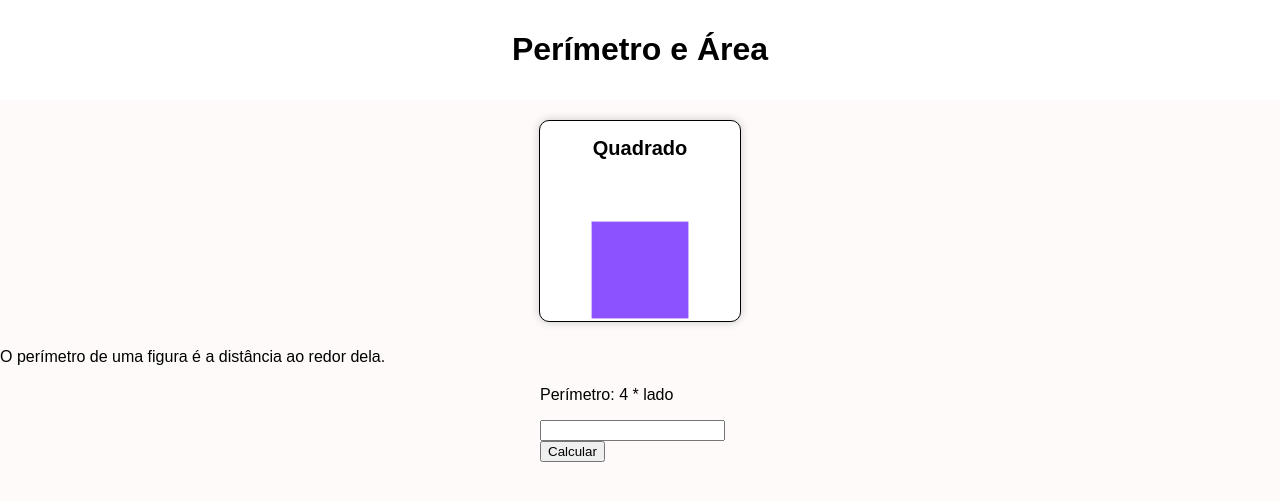
Repository: Matheus904-12/JAVASCRIPT
Page: index.html
These files come from the project's save history. The page is drawn as it stood at one moment and after the next save; the edit follows.
The browser window is 1280 px wide. The pictures show the whole page.

Above is the page before, as saved 2023-09-10 22:08:10.

### index.html
<!DOCTYPE html>
<html>
<head>
  <title>Perímetro e Área</title>
  <meta charset="utf-8">
  <meta name="viewport" content="width=device-width, initial-scale=1">
  <link rel="stylesheet" href="style.css">
</head>
<body>
  <header>
    <center><h1>Perímetro e Área</h1></center>
  </header>
  <main>
    <div class="catalog">
      <div class="box">
        <h2 class="title">Quadrado</h2>
        <img class="image" src="Quadrado-removebg-preview.png" alt="Imagem 3">
        <p>Perímetro: 4 * lado</p>
        <input type="text" id="squareSideLength">
        <input type="button" value="Calcular" onclick="calcQuad()">
        <p id="valorQuad"></p>
      </div>
      <!-- Outras formas geométricas aqui -->
    </div>
  </main>
  <footer>
    <p>O perímetro de uma figura é a distância ao redor dela.</p>
  </footer>
  <script>
    function calcQuad() {
      var a = Number(document.getElementById("squareSideLength").value);
      var result = "A área do quadrado é " + a * a + " m²";
      document.getElementById("valorQuad").innerHTML = result;
    }

    // Outras funções de cálculo aqui

    var boxes = document.querySelectorAll(".box");

    for (var i = 0; i < boxes.length; i++) {
      boxes[i].addEventListener("click", function () {
        var box = document.createElement("div");
        box.className = "question-box";

        var question1 = document.createElement("input");
        question1.type = "text";
        question1.placeholder = "Pergunta 1";

        var question2 = document.createElement("input");
        question2.type = "text";
        question2.placeholder = "Pergunta 2";

        box.appendChild(question1);
        box.appendChild(question2);

        document.body.appendChild(box);
      });
    }
  </script>
</body>
</html>

### style.css
body {
  font-family: sans-serif;
  margin: 0;
  padding: 0;
  background-color: snow;
}

header {
  background-color: #fff;
  padding: 10px;
}

main {
  width: 1000px;
  margin: 0 auto;
}

.catalog {
  display: flex;
  flex-wrap: wrap;
  margin: 10px;
  justify-content: space-around;
}

.box {
  width: 200px;
  height: 200px;
  border: 1.5px solid black;
  margin: 10px;
  background-color: #fff;
  border-radius: 10px;
  transition: all 0.5s ease-in-out;
  box-shadow: 0 0 10px 0 rgba(0, 0, 0, 0.2);
}

.box:hover {
  transform: scale(1.1);
  box-shadow: 0 0 20px 0 rgba(0, 0, 0, 0.4);
}

.title {
  font-size: 20px;
  text-align: center;
  margin-bottom: 10px;
}

.image {
  display: block;
  margin: 5px auto;
  max-width: 100%;
  max-height: 100%;
  height: 100%;
}

@media (max-width: 768px) {
  .catalog {
    flex-direction: column;
  }

  .box {
    width: 100%;
    height: 100%;
  }

  .title {
    font-size: 16px;
  }

  .image {
    margin: 0 auto;
  }
}

@keyframes title-animation {
  0% {
    opacity: 1;
  }
  50% {
    opacity: 0.5;
  }
  100% {
    opacity: 1;
  }
}

@keyframes image-animation {
  0% {
    transform: scale(1);
  }
  50% {
    transform: scale(0.9);
  }
  100% {
    transform: scale(1);
  }
}

After the next save:
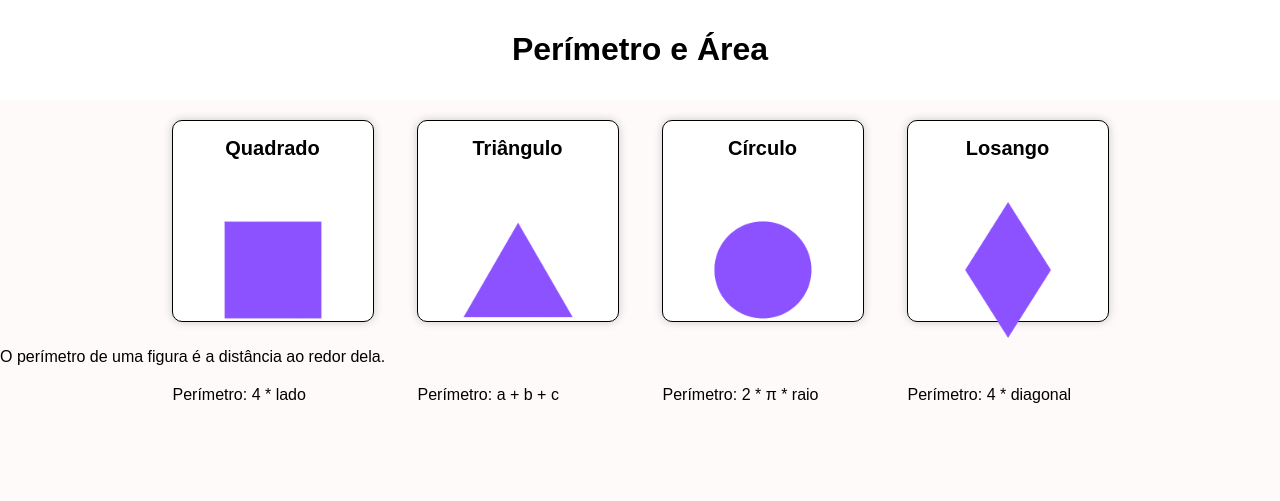
Saved 4 min 42 s later.
--- a/index.html
+++ b/index.html
@@ -12,49 +12,75 @@
   </header>
   <main>
     <div class="catalog">
-      <div class="box">
+      <div class="box" onclick="showQuestions('quadrado')">
         <h2 class="title">Quadrado</h2>
         <img class="image" src="Quadrado-removebg-preview.png" alt="Imagem 3">
         <p>Perímetro: 4 * lado</p>
-        <input type="text" id="squareSideLength">
-        <input type="button" value="Calcular" onclick="calcQuad()">
-        <p id="valorQuad"></p>
       </div>
-      <!-- Outras formas geométricas aqui -->
+      <div class="box" onclick="showQuestions('triangulo')">
+        <h2 class="title">Triângulo</h2>
+        <img class="image" src="Triângulo-removebg-preview.png" alt="Imagem 3">
+        <p>Perímetro: a + b + c</p>
+      </div>
+      <div class="box" onclick="showQuestions('circulo')">
+        <h2 class="title">Círculo</h2>
+        <img class="image" src="Círculo-removebg-preview.png" alt="Imagem 3">
+        <p>Perímetro: 2 * π * raio</p>
+      </div>
+      <div class="box" onclick="showQuestions('losango')">
+        <h2 class="title">Losango</h2>
+        <img class="image" src="Losango-removebg-preview.png" alt="Imagem 3">
+        <p>Perímetro: 4 * diagonal</p>
+      </div>
     </div>
   </main>
   <footer>
     <p>O perímetro de uma figura é a distância ao redor dela.</p>
   </footer>
+  <div id="questions" style="display: none;">
+    <input type="text" id="question1" placeholder="Pergunta 1">
+    <input type="text" id="question2" placeholder="Pergunta 2">
+    <input type="button" value="Calcular" onclick="calculatePerimeter()">
+  </div>
+  <div id="results" style="display: none;">
+    <h2>Resultados:</h2>
+    <p id="result1"></p>
+    <p id="result2"></p>
+  </div>
   <script>
-    function calcQuad() {
-      var a = Number(document.getElementById("squareSideLength").value);
-      var result = "A área do quadrado é " + a * a + " m²";
-      document.getElementById("valorQuad").innerHTML = result;
+    var shape = '';
+
+    function showQuestions(selectedShape) {
+      shape = selectedShape;
+      var questionsDiv = document.getElementById('questions');
+      questionsDiv.style.display = 'block';
+
+      var resultsDiv = document.getElementById('results');
+      resultsDiv.style.display = 'none';
     }
 
-    // Outras funções de cálculo aqui
+    function calculatePerimeter() {
+      var question1Value = document.getElementById('question1').value;
+      var question2Value = document.getElementById('question2').value;
 
-    var boxes = document.querySelectorAll(".box");
+      if (shape === 'quadrado') {
+        var sideLength = parseFloat(question1Value);
+        var perimeter = 4 * sideLength;
+        document.getElementById('result1').innerHTML = 'Perímetro: ' + perimeter + ' unidades';
+        document.getElementById('result2').innerHTML = '';
+      } else if (shape === 'triangulo') {
+        // Lógica para triângulo
+      } else if (shape === 'circulo') {
+        // Lógica para círculo
+      } else if (shape === 'losango') {
+        // Lógica para losango
+      }
 
-    for (var i = 0; i < boxes.length; i++) {
-      boxes[i].addEventListener("click", function () {
-        var box = document.createElement("div");
-        box.className = "question-box";
+      var questionsDiv = document.getElementById('questions');
+      questionsDiv.style.display = 'none';
 
-        var question1 = document.createElement("input");
-        question1.type = "text";
-        question1.placeholder = "Pergunta 1";
-
-        var question2 = document.createElement("input");
-        question2.type = "text";
-        question2.placeholder = "Pergunta 2";
-
-        box.appendChild(question1);
-        box.appendChild(question2);
-
-        document.body.appendChild(box);
-      });
+      var resultsDiv = document.getElementById('results');
+      resultsDiv.style.display = 'block';
     }
   </script>
 </body>
